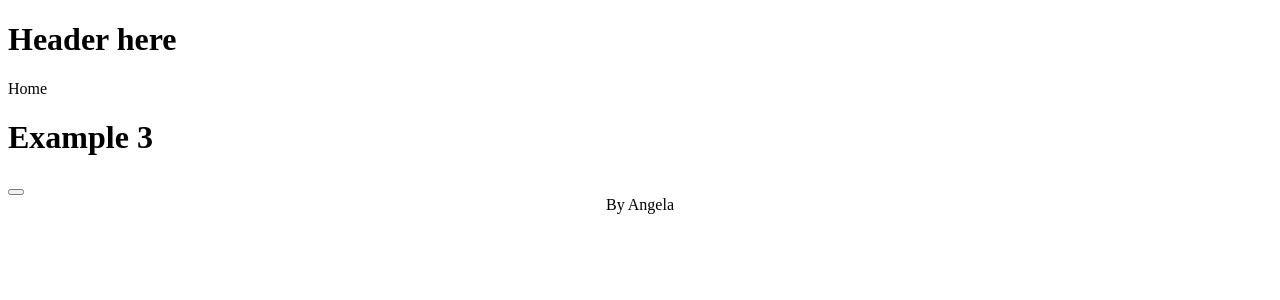
Repository: y-w-lee/class-3
Page: /ExampleThree
These files come from the project's save history. The page is drawn as it stood at one moment and after the next save; the edit follows.
The browser window is 1280 px wide. The pictures show the whole page.
The project was rebuilt for these pictures with package versions that can differ from the ones it lists, and the page was loaded fresh each time. The framework's server and built-in components were replaced by stand-ins that run in the browser. Also part of the build but not shown: next.config.js.

Above is the page before, as saved 2024-01-18 00:20:33.

### pages/ExampleThree.js
import {useEffect, useState} from "react"
import Header from "@/components/Header"
import Footer from "@/components/Footer"

export default function ExampleThree() {

   const [number, setNumber] = useState(0);

   const colors = ["red", "orange", "yellow", "green", "blue" , "violet"];

   useEffect (() => {
        console.log("changing number value: " + colors[number]);
    }, [number])

    return (
        <>
        <Header/>
        <main>
            <h1>Example 3</h1>
            <button></button>
        </main>

        <Footer/>
        </>
    )
}

### styles/globals.css
:root {

}


a {
  color: inherit;
  text-decoration: none;
}

### components/Header/index.js
import Link from 'next/link'

export default function Header () {
    return (
        <header>
            <h1>Header here</h1>
            <Link href='/'>Home</Link>
        </header>
    )
}

### components/Footer/index.js
import styles from "./Footer.module.css"

export default function Footer () {
    return (
        <footer className={styles.footer}>
            By Angela
        </footer>
    )
}

### components/Footer/Footer.module.css
.footer {
    display: flex;
    justify-content: center;
}

Loaded but not shown: pages/_app.js (common file); pages/_document.js (common file)

After the next save:
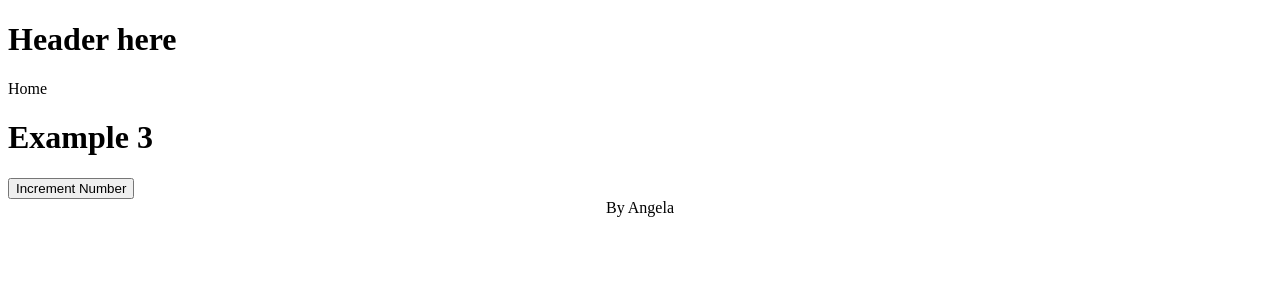
Saved 4 s later.
--- a/pages/ExampleThree.js
+++ b/pages/ExampleThree.js
@@ -17,7 +17,7 @@ export default function ExampleThree() {
         <Header/>
         <main>
             <h1>Example 3</h1>
-            <button></button>
+            <button>Increment Number</button>
         </main>
 
         <Footer/>
